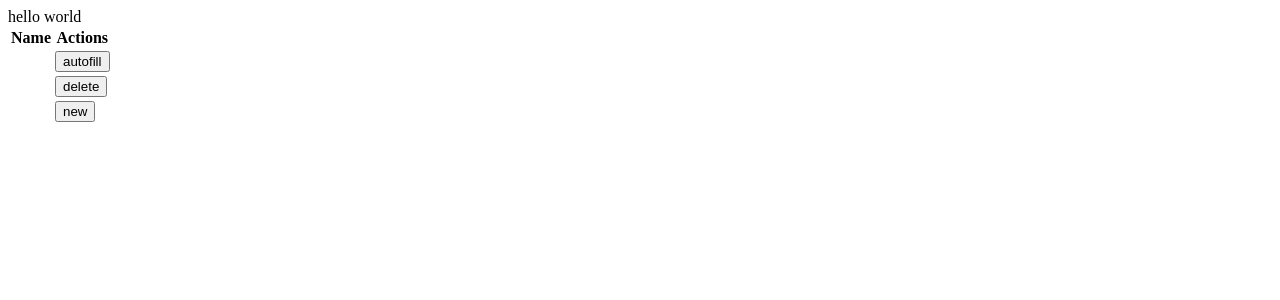
Repository: MomchilAngelov/my-ip-2015-2016
Page: Projects_Java/Test/WebContent/index.html
The author's editor kept a copy of each file at every save. The page is drawn from the files as they stood at one save, then again after the next save.
The browser window is 1280 px wide. The pictures show the whole page.
After loading, the first visible `#add` was clicked once.

Above is the page before, as saved 2015-12-11 15:53:10.
Console error: TypeError: $(...).child is not a function

After the next save:
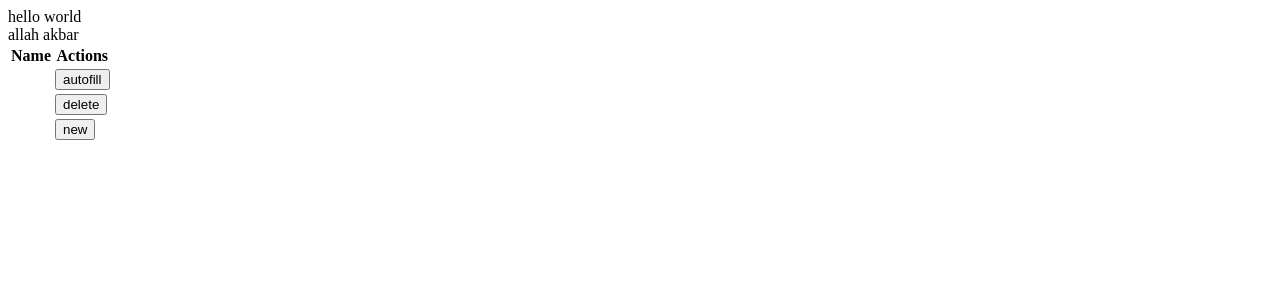
The error is gone.
Saved 36 s later.
--- a/Projects_Java/Test/WebContent/js/main.js
+++ b/Projects_Java/Test/WebContent/js/main.js
@@ -9,7 +9,7 @@ $(document).ready(function(){
 	});
 
 	$("#add").on("click", function(){
-		var add = $("span").child("span");
+		var add = $("span").has("span");
 		add.text("allah akbar");
 
 	});
